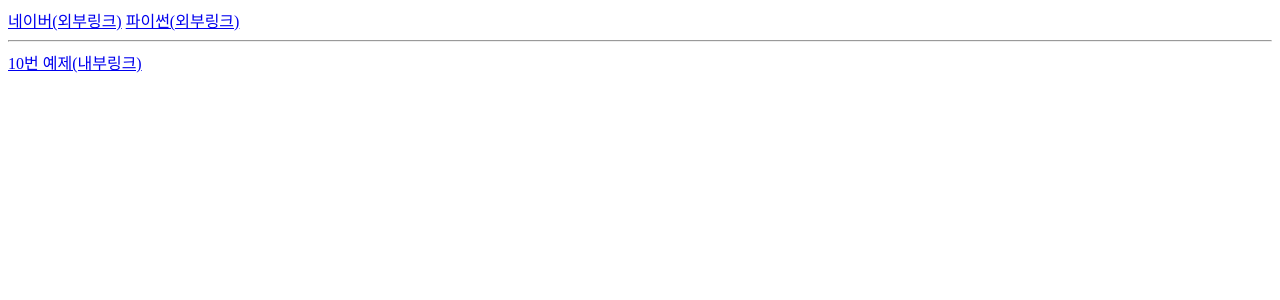
Repository: ssj5037/Class-Study
Page: [5] HTML, CSS, JavaScript/ClientTest/WebContent/Ex11_link.html
An editor plug-in stored every save of this project. The page is shown before and after the next save, followed by the edit.
The browser window is 1280 px wide. The pictures show the whole page.

Above is the page before, as saved 2020-06-19 01:47:06.

After the next save:
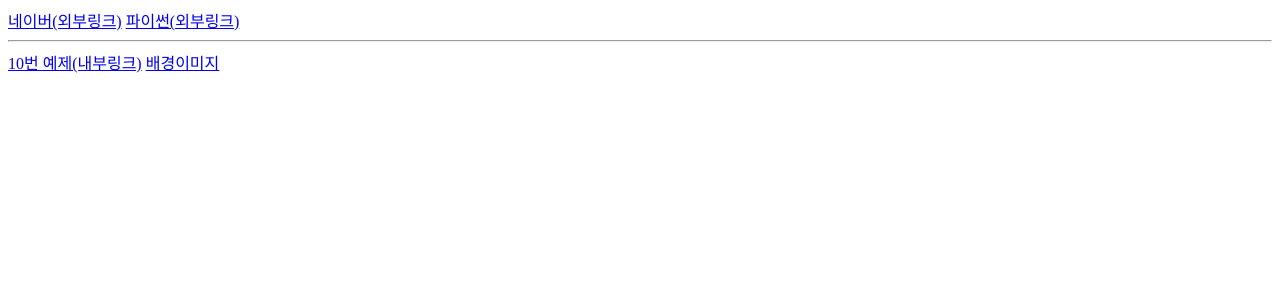
Saved 2 min 12 s later.
--- a/[5] HTML, CSS, JavaScript/ClientTest/WebContent/Ex11_link.html
+++ b/[5] HTML, CSS, JavaScript/ClientTest/WebContent/Ex11_link.html
@@ -14,6 +14,12 @@
 
 		링크 속성
 		- href: 이동할 URL. Reference a Hyperlink
+			- href의 대상
+				a. HTML 페이지
+				b. 이미지
+				c. 문서
+				d. 압축파일
+				e. 동영상...
 
 	-->
 
@@ -22,6 +28,7 @@
 	<hr>
 	<a href="Ex10_list.html">10번 예제(내부링크)</a>
 
+	<a href="images/유채꽃밭사람.jpg">배경이미지</a>
 
 
 </body>
